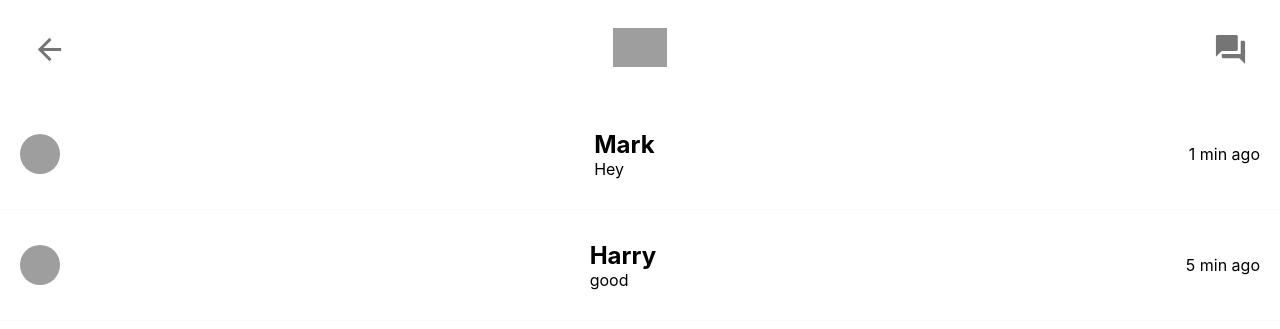
Repository: mminhaz93/React-Tinder-Clone
Page: /chat/Harry
These files come from the project's save history. The page is drawn as it stood at one moment and after the next save; the edit follows.
The browser window is 1280 px wide. The pictures show the whole page.
Pictures or frames that could not be fetched are drawn as grey boxes. The page's requests for data from a server got no answer. The project was rebuilt for these pictures with package versions that can differ from the ones it lists, and the page was loaded fresh each time. No one was signed in, and anything a server would have sent is missing. Also part of the build but not shown: src/App.css, src/components/tinderCards/TinderCards.css, src/utils/firebase.js, src/components/tinderCards/TinderCards.js, src/components/swipeButtons/SwipeButtons.css, src/components/swipeButtons/SwipeButtons.js.

Above is the page before, as saved 2020-08-23 20:08:19.

### public/index.html
<!DOCTYPE html>
<html lang="en">
  <head>
    <meta charset="utf-8" />
    <meta name="viewport" content="width=device-width, initial-scale=1" />
    <meta name="theme-color" content="#000000" />
    <meta
      name="description"
      content="Web site created using create-react-app"
    />
    <title>React Tinder App</title>
  </head>
  <body>
    <noscript>You need to enable JavaScript to run this app.</noscript>
    <div id="root"></div>
  </body>
</html>

### src/App.js
import React from "react";
import "./App.css";
import { BrowserRouter as Router, Switch, Route } from "react-router-dom";
import Header from "./components/header/Header";
import TinderCards from "./components/tinderCards/TinderCards";
import Chats from "./components/chats/Chats";
import SwipeButtons from "./components/swipeButtons/SwipeButtons";

function App() {
  return (
    <div className="App">
      <Router>
        <Switch>
          <Route exact path="/">
            <Header />
            <TinderCards />
            <SwipeButtons />
          </Route>
          <Route path="/chat">
            <Header backButton="/" />
            <Chats/>
          </Route>
        </Switch>
      </Router>
    </div>
  );
}

export default App;

### src/components/header/Header.js
import React from "react";
import "./Header.css";
import { Person, Forum, ArrowBack } from "@material-ui/icons";
import { IconButton } from "@material-ui/core";
import { Link, useHistory } from "react-router-dom";

const Header = ({ backButton }) => {
  const history = useHistory();
  return (
    <div className="header">
      {backButton ? (
        <IconButton onClick={() => history.replace(backButton)}>
          <ArrowBack fontSize="large" className="headerIcon" />
        </IconButton>
      ) : (
        <IconButton>
          <Person className="headerIcon" fontSize="large" />
        </IconButton>
      )}
      <Link to="/">
        <img
          className="headerLogo"
          src="https://1000logos.net/wp-content/uploads/2018/07/tinder-logo.png"
          alt="logo"
        />
      </Link>
      <Link to="/chat">
        <IconButton>
          <Forum className="headerIcon" fontSize="large" />
        </IconButton>
      </Link>
    </div>
  );
};

export default Header;

### src/components/chats/Chats.js
import React from "react";
import "./Chats.css";
import Chat from "../chat/Chat";

const Chats = () => {
  return (
    <div className="chats">
      <Chat
        name="Mark"
        message="Hey"
        timestamp="1 min ago"
        profilePic="https://images.pexels.com/photos/1300402/pexels-photo-1300402.jpeg?auto=compress&cs=tinysrgb&dpr=2&w=500"
      />
      <Chat
        name="Harry"
        message="good"
        timestamp="5 min ago"
        profilePic="https://images.pexels.com/photos/1681010/pexels-photo-1681010.jpeg?auto=compress&cs=tinysrgb&dpr=2&w=500"
      />
    </div>
  );
};

export default Chats;

### src/components/header/Header.css
.header {
  display: flex;
  align-items: center;
  justify-content: space-between;
}

.headerLogo {
  height: 40px;
  object-fit: contain;
}

.headerIcon{
    padding: 20px;
}

### src/components/chat/Chat.js
import React from "react";
import "./Chat.css";
import { Avatar } from "@material-ui/core";

const Chat = ({ name, message, timestamp, profilePic }) => {
  return (
    <div className="chat">
      <Avatar className="chatImage" src={profilePic} alt={name} />
      <div className="chatDetails">
        <h2>{name}</h2>
        <p>{message}</p>
      </div>
      <p className="chatTimestamp">{timestamp}</p>
    </div>
  );
};

export default Chat;

### src/components/chat/Chat.css
.chat{
    display: flex;
    align-items: center;
    justify-content: space-between;
    padding: 20px;
    height: 70px;
    border-bottom: 1px solid #fafafa;
}

Loaded but not shown: src/index.js (common file); src/index.css (common file); src/components/chats/Chats.css (no stored copy; drawn as an empty file)

After the next save:
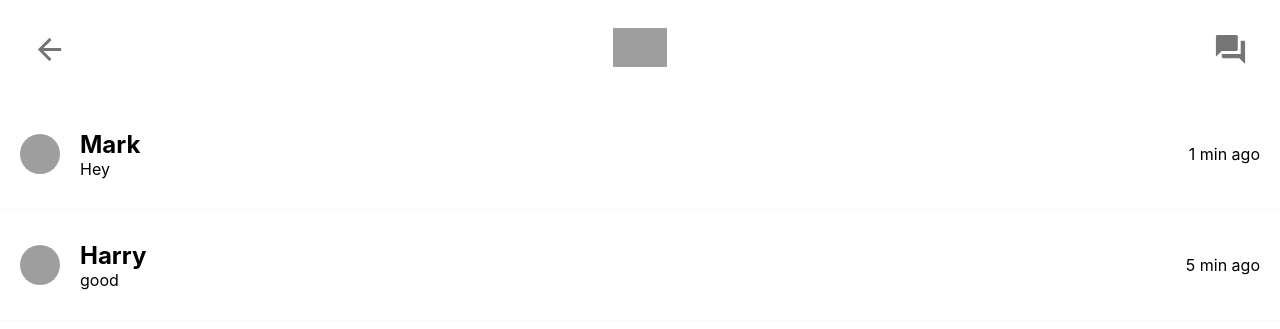
Saved 77 s later.
--- a/src/components/chat/Chat.css
+++ b/src/components/chat/Chat.css
@@ -6,3 +6,11 @@
     height: 70px;
     border-bottom: 1px solid #fafafa;
 }
+
+.chatDetails{
+    flex: 1;
+}
+
+.chatImage{
+    margin-right: 20px;
+}
